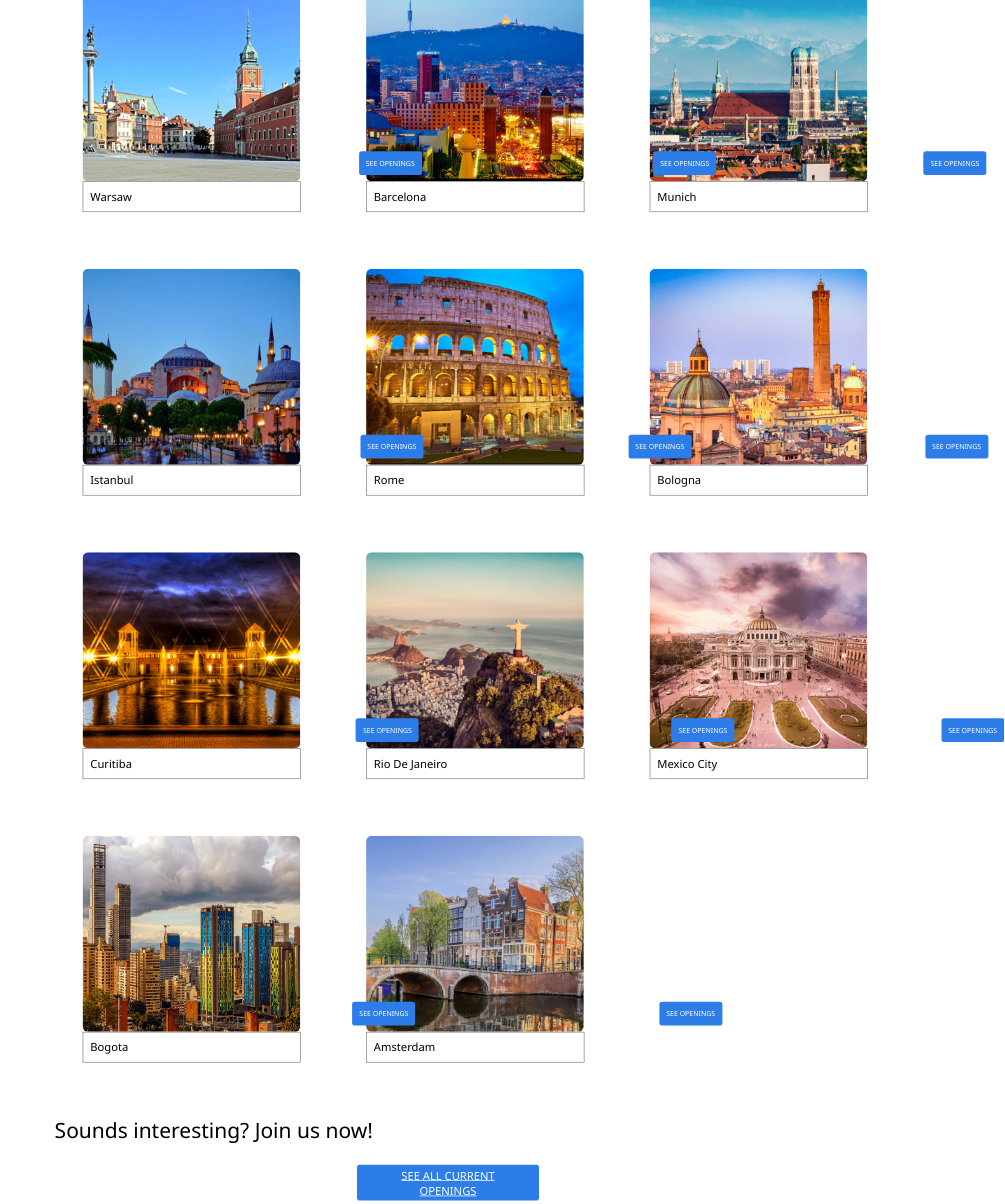
Repository: awa-creator/Checkpoint4
Page: doc.html
These files come from the project's save history. The page is drawn as it stood at one moment and after the next save; the edit follows.
The browser window is 1280 px wide. The page is 1435 px wide, then 1328 px, so the pictures cover 1435 px, including what lies to the right of the window. The pictures show the part of the page from y = 1820 to 3540 px (the page is 3621 px tall), at 70% of full size.

Above is the page before, as saved 2024-09-25 00:35:38.

### doc.html
<!DOCTYPE html>
<html lang="en">
<head>
    <meta charset="UTF-8">
    <meta name="viewport" content="width=device-width, initial-scale=1.0">
    <title>Document</title>
    <link rel="stylesheet" href="style1.css">

</head>

<body>
        <header class="Doc_header" >
           <img class="doc_logo" src="image/imagdocplanner/logo-default-group-en.svg" alt="logo" width="238px" height="33px">
            <ul class="nav_menu">
            <li><h4 class="H">A About us</h4></li>
        <li><h4 class="H"> Career</h4></li>
        <li><h4 class="H">Departments</h4></li>
    </ul>
</header>
    <section class="Introduction">
        <div >
            <center><img class="idps" src="image/imagdocplanner/sygnet.png" alt=""></center>
        </div>
               <h1 class="tittle_intro" >Making the healthcare experience more human</h1>
        <div class="intro_text">
        <div class="div1"><p>We want patients to find the perfect doctor and book an appointment in the most easy way. The patient journey should be enjoyable, and that's why we are always next to them: to help them find the best possible care. Anytime, anywhere.</p>
        </div>
            <div class="div2"><p> We also help doctors to better manage their practice and build their  online reputation. With our integrated end-to-end solution, doctors  are able not only to improve their online presence, but also to  devote their time to what really matters: their patients.</p>
            </div>
            </div>
        </section>
        <section class="box">
            <div class="boxp">
                <img src="image/imagdocplanner/icon-patients.svg" alt="">
                <h2 class="text">For patients</h2> <p class="boxtext">Find a doctor, book a <br> visit and solve any <br> health-related doubt</p>
             <div class="">
   <select  class="choose_c" name="selectp" id="">
    <option value="">Choose a country</option>
    <option value="">Tunisia</option>
    <option value="">Morocco</option>
    <option value="">Senegal</option>
    <option value="">England</option>
    <option value="">Sweden</option>
    <option value="">France</option>
    <option value="">Saudi Arabia</option>
    <option value="">Japan</option>
   </select>
             </div>
            </div>
            <div class="boxd">
                <img src="image/imagdocplanner/icon-doctors.svg" alt=""> <h2 class="text">For doctors</h2> <p class="boxtext">Save time managing <br>visits and cut no- <br>shows by half</p>
            <div class="selectd">
                <select class="choose_c" name="" id="">
                    <option class="choose_c" value="">Choose a country</option>
                    <option value="">Argentina</option>
                    <option value="">Brazil</option>
                    <option value="">Chili</option>
                    <option value="">Colombia</option>
                    <option value="">Czech</option>
                    <option value="">Germany</option>
                    <option value="">Italy</option>
                    <option value="">Mexico</option>
                    <option value="">Peru</option>
                    <option value="">Poland</option>
                    <option value="">Spain</option>
                    <option value="">Turkey</option>
                   </select>
            </div>
            </div>
            <div class="boxc">
                <img src="image/imagdocplanner/icon-clinics.svg" alt=""> <h2 class="text">For clinics</h2> <p class="boxtext">Deliver an exceptional <br> patient experience in <br> your clinic</p>
            <select class="choose_c"name="" id="">
                <option value="">2 to 20 specialists</option>
                    <option value="">Brazil</option>
                    <option value="">Czech</option>
                    <option value="">Germany</option>
                    <option value="">Italy</option>
                    <option value="">Mexico</option>
                    <option value="">Poland</option>
                    <option value="">Spain</option>
                    <option value="">Turkey</option>
            </select> <br><br>
            <select  class="choose_c"name="" id="">
                <option  value="" >More than 20 specialists</option>
                <option value="">Brazil</option>
                <option value="">Italy</option>
                <option value="">Mexico</option>
                <option value="">Poland</option>
                <option value="">Spain</option>
            </select>
            </div>
        </section>
        <section  on class="brand_section">
            <p class="brand_intro"> We are a global <br> company <br> with local culture </p>
            <ul class="brand_logo">
            <a href=""><img class="im" src="image/imagdocplanner/sygnet.png" alt="">Znanylekarz</a>
            <a href=""><img class="im" src="image/imagdocplanner/sygnet.png" alt="">Doctoralia</a>
            <a href=""><img class="im" src="image/imagdocplanner/sygnet.png" alt="">Miodottore</a>
            <a href=""><img class="im" src="image/imagdocplanner/sygnet.png" alt="">Doktortakvimi</a>
            <a href=""><img class="im" src="image/imagdocplanner/sygnet.png" alt="">Znamylekar</a>
            <a class="bl" href="https://www.jameda.de/"><img class="jameda" src="image/imagdocplanner/logo-jameda.svg" alt=""></a>
            <a href="https://tuotempo.com/powered-by-tuotempo"><img class="tuotempo" src="image/imagdocplanner/logo-tuotempo.svg" alt="" width="140px" height="30px"></a>
            <a href="https://gipo.it/?redirect_origin=www.gipo.it"><img class="gipo" src="image/imagdocplanner/logo-gipo-primary.svg" alt=""></a>
            <a href="href=https://clinic-cloud.com/"><img class="clinic" src="image/imagdocplanner/logo-clinicloud.svg" alt="" > </a>
            <a  href="href=https://feegowclinic.com.br/"><img class="feegowclinic"  src="image/imagdocplanner/logo-feegow.svg" alt=""></a>
            <a  href="href=https://mydr.pl/welcome/"><img class="mydr" src="image/imagdocplanner/my-dr-edm-logo.svg" alt="" ></a>
        </ul>
    </section>
        <section class="platform">
            <div class="plat">
            <h1 class="iplat"> The world's biggest <br>healthcare platform</h1>
<p class="pplat">We work from 9 offices all over the world, bringing Docplanner Group <br>to life in 13 countries. <br></p></div>
  <img class="logsynget" src="image/imagdocplanner/logo.png" alt="" >
<center><div class="grid">
                        <div class="column1a">
                   <img class="ilog" src="image/imagdocplanner/flag.png" alt="">  <h4 class="tittlegrid">Leader in 13 <br>countries </h4> <p class="textgrid">Poland, Brazil, Mexico, Spain, Italy, Germany, Turkey, Colombia, Czech Republic, Portugal, Argentina, Peru and Chile</p>
                        </div>
                        <div class="column1b">
                            <img class="ilog"  src="image/imagdocplanner/patients.png" alt=""><h4 class="tittlegrid">90,000,000 <br>patients</h4><p class="textgrid">visit our websites each month</p>
                                </div>
                        <div class="column2a">
                            <img class="ilog"  src="image/imagdocplanner/visits.png" alt=""> <h4 class="tittlegrid">22,000,000 <br>appointments</h4><p class="textgrid">booked last month</p>
                                </div>

                <div class="column2b">
                    <img class="ilog"  src="image/imagdocplanner/doctors.png" alt=""><h4 class="tittlegrid">260,000 <br>active doctors</h4> <p class="textgrid">trust our solutions</p>
                        </div>   </center>
                    </div>
                </section>
        <section class="contries">
            <center><h1 class="h1_contrie">Improve the lives of millions. <br>Change yours forever.</h1></center>
            <center><p class="p_contrie"> More than 2800 team mates share our same vision,<br> goals and passion.With offices in Warsaw, Barcelona, Munich, Istanbul, Rome, Rio, Bologna,<br> Mexico City and Curitiba, our search for great talent never stops. </p></center>
        </section>
       <section>
            <ul class="picture" >
     <li class="country1">
        <img class="coun" src="image/imagdocplanner/warsaw.png" alt=""><div class="count">Warsaw <a href="#">SEE OPENINGS</a></div></li>
<li class="country2">
<img class="coun"  src="image/imagdocplanner/barcelona.png" alt=""><div class="count">Barcelona <a href="#" target="_blank" rel="noopener noreferrer">SEE OPENINGS</a></div>
</li>
<li class="country3">
<img class="coun" src="image/imagdocplanner/munich.png" alt=""><div class="count">Munich <a href="#" target="_blank" rel="noopener noreferrer">SEE OPENINGS</a></div>
</li>
<li class="country3">
<img class="coun" src="image/imagdocplanner/istanbul.png" alt=""> <div class="count">Istanbul <a href="#" target="_blank" rel="noopener noreferrer">SEE OPENINGS</a></div>
</li>
<li class="country4">
<img class="coun" src="image/imagdocplanner/rome.png" alt=""><div class="count">Rome<a href="#" target="_blank" rel="noopener noreferrer">SEE OPENINGS</a></div>
</li>
<li class="country5">
<img class="coun" src="image/imagdocplanner/bologna.png" alt=""><div class="count">Bologna<a href="#" target="_blank" rel="noopener noreferrer">SEE OPENINGS</a></div>
</li>
<li class="country6">
    <img class="coun" src="image/imagdocplanner/curitiba.png" alt=""><div class="count">Curitiba<a href="#" target="_blank" rel="noopener noreferrer">SEE OPENINGS</a></div>
    </li>
    <li class="country7">
        <img class="coun" src="image/imagdocplanner/rio-janeiro.png" alt=""><div class="count">Rio De Janeiro<a href="#" target="_blank" rel="noopener noreferrer">SEE OPENINGS</a></div>
        </li>
        <li class="country8">
            <img class="coun" src="image/imagdocplanner/mexico-city.png" alt=""><div class="count">Mexico City<a href="#" target="_blank" rel="noopener noreferrer">SEE OPENINGS</a></div>
            </li>
            <li class="country9">
                <img class="coun" src="image/imagdocplanner/bogota.png" alt="" ><div class="count">Bogota<a href="#" target="_blank" rel="noopener noreferrer">SEE OPENINGS</a></div>
                </li>
                <li class="country10">
                    <img class="coun" src="image/imagdocplanner/amsterdam.png" alt=""><div class="count">Amsterdam<a href="#" target="_blank" rel="noopener noreferrer">SEE OPENINGS</a></div>
                    </li>
                </ul>
            </section>
<section>
    <p class="conclu"> Sounds interesting? Join us now!</p>
   <center><div class="finish">SEE ALL CURRENT OPENINGS</div></center>
</section>



</body>
<footer> <hr>
    <p class="end">We are leaders in 13 countries: Poland,Turkey, Spain, Italy, Germany, Czech Republic, Portugal, Mexico, Colombia, Brazil, Argentina, Peru and Chile
    <br>www.docplanner.com © 2024 </p>

</footer>
</html>

### style1.css
body{
    font-family: 'Segoe UI', Tahoma, Geneva, Verdana, sans-serif;
    padding-left: 70px;
    padding-right: 70px;

    }
.Doc_header{
    display: inline;
    padding: 10px;
    margin: 10px;
    display: flex;
    justify-content: space-between;
    align-content: space-between;
    position: sticky;
}
.doc_logo{
    display: flex;
    justify-content: center;
}
.nav_menu{
    display: flex;
    justify-content: space-between;
    margin:0px;
    padding: 0px;
    list-style-type: none;
    color: #747474;
}
.div1,.div2{
    float: left;
    padding: 10px;
}
.H{
    margin: 10px;
}
.idps{
    display: flex;
    align-self: center;
}

.log{
    text-align: center;
}

.tittle_intro{
text-align: center;
color:#00b39b;
font-size:2em;
font-family:Arial, Helvetica, sans-serif;
font-weight: normal;
}
.intro_text{
    display: flex;
    justify-content: space-around;
    color:#747474;
    font-family: system-ui, -apple-system, BlinkMacSystemFont, 'Segoe UI', Roboto, Oxygen, Ubuntu, Cantarell, 'Open Sans', 'Helvetica Neue', sans-serif;
    font-size: 16px;
    margin:20px;
}
.box{
    display: flex;
    margin: 30px;
    width: 80%;
    flex-direction: row;
    margin-left: 10%;

}

.boxp{
    background-color:#00ccb1;
   padding: 10px;
   border-radius: 10px;
   color: white;
   margin: 10px;
   height: 300px;
   flex-basis: 48%;
   width: 20%;
}
.boxd{
    background-color:#3d83df ;
   padding: 10px;
   border-radius: 10px;
   color: white;
   margin: 10px;
   height: 300px;
   flex-basis: 48%;
   width:20%;
}
.boxc {
    background-color:#1b2734;
    padding: 10px;
    border-radius: 10px;
    color: white;
    margin: 10px;
    height: 300px;
    flex-basis: 48%;
    width:20%;
}
.text{
    font-family: Arial, Helvetica, sans-serif;
    font-weight: normal;
    font-size: 28px;
}
.boxtext{
    font-weight: normal;
    font-size: 24px;
}
.selectp{
    background-color: none;
}
.choose_c{
    background-color: transparent;
    color: #FFF;
    border: transparent;
    text-decoration: underline;
    font-size: 15px;
}
.brand_intro{

    color: #00b39b;
    font-size: 24px;
margin-left: 200px;

}
.brand_section{
    display: flex;
    justify-content: space-between;
    padding: 20px;
    margin: -40px;
}
.brand_logo {
    display: grid;
    grid-template-columns: repeat(4,110px);
    grid-template-rows: repeat(3,70px);
    margin-right: 160px;
    font-weight: 600;
    filter:grayscale(100%);
}
a{
    text-decoration: none;
}
.im{
   display: grid;
    height: 25px;
    width:25px;
    filter:grayscale(100%);
   grid-template-columns: repeat(4, 1fr);
    grid-template-rows: repeat(3, 1fr);
    margin-left: -25px;
    margin-bottom: -25px;
}
.jameda{

    filter:grayscale(100%);
    margin-bottom: -5px;

}
.tuotempo{
    width: 100px;
    filter:grayscale(100%);
    margin-top: -5px;
}
.gipo{
    width: 40px;
    filter:grayscale(100%);
    margin-top: -10px;
    margin-left: 20px;
}
.clinic{
    width: 60px;
    filter:grayscale(100%);
    margin-top: -10px;
}
.feegowclinic{
    width: 90px;
    filter:grayscale(100%);
    margin-top: -10px;
}
.mydr{
    width: 100px;
    filter:grayscale(100%);
    margin-top: -10px;
}


.platform{
    background-color: #e5faf8;
    max-height: 600px;
    overflow: hidden;
}
.plat{
    color:#34b99d;

}
.logosy{
    padding-left: 50px;
    padding-top: 50px;
}
.logsynget{
    padding-left: 50px;
    padding-top: 50px;
    overflow: hidden;
}
.iplat{
    font-weight: normal;
    font-size: 34px;
    margin-left: 90px;
    margin-bottom: -40px;

}
.pplat{
   position: relative;
   bottom: -50px;
   left: 90px;
   color: #747474;
}
.grid{
    display: grid;
    gap: 20px;
    grid-template-columns: repeat(2, 1fr);
    position: relative;
    border-radius: 10px;
    margin-left: 600px;
    margin-top:-600px;
    width: 40%;
    height: 80%;
    padding: 40px;
}
.tittlegrid{
    font-weight: normal;
    color: #00b39b;
}
.column1a{
    background-color:#FFF;
    border-radius: 5px;
    height: auto;
}
.column1b{
    background-color:#FFF;
    border-radius: 5px;
    height: auto;
    transform: translateY(-30px);
}
.ilog{
    margin-top: 30px;
}
.column2a{
    background-color:#FFF;
    border-radius: 5px;
  height: auto;

}
.column2b{
    background-color:#FFF;
    border-radius: 5px;
  height: auto;
  transform: translateY(-30px);
}

.textgrid{
    color: #747474;
    font-family: system-ui, -apple-system, BlinkMacSystemFont, 'Segoe UI', Roboto, Oxygen, Ubuntu, Cantarell, 'Open Sans', 'Helvetica Neue', sans-serif;
 font-size: 13px;
}
.h1_contrie{
    color: #00b39b;
    font-weight: normal;
    padding: 5px;
 font-size: 30px;
}
.p_contrie{
    color: #747474;
    margin: 22px;
    font-size: 14px;
    padding: 20px;
}
.contries{
    justify-content: center;
}
.picture{
    display: grid;
    grid-template-columns: repeat(3, 400px);
    grid-template-rows: repeat(3, 400px);
    list-style-type: none;
    grid-gap: 5px;
    margin: auto;
}
.coun{
    border-radius: 8px;
    width: 311px;
    height:280px;
}

.count a{
    position: relative;
    width: 70px;
    height: 15px;
    left: 300px;
    top: -50px;
    background-color: #2c7de7;
    color: white;
    font-size: .625rem;
    padding: 1em 1.5em;
    border-radius: 4px;
    bottom: 10px;

}
.count,.count a{
    margin: 20px;
    padding: 10px;

}
.count{
    border: 1px solid gray;
    position: relative;
 top: -25px;
 right: 20px;
 margin: 20px;
 padding-left: -30px;
 width: 290px;

}
.conclu{
font-size: 30px ;
}
.finish{
   text-decoration: underline;
    width: 210px;
    height: 1px;
    background-color: #2c7de7;
    color: white;
    padding: 25px;
    border-radius: 4px;
    display: flex;
    align-items: center;
}
.end{
    color: #747474;
    text-align: center;
}

After the next save:
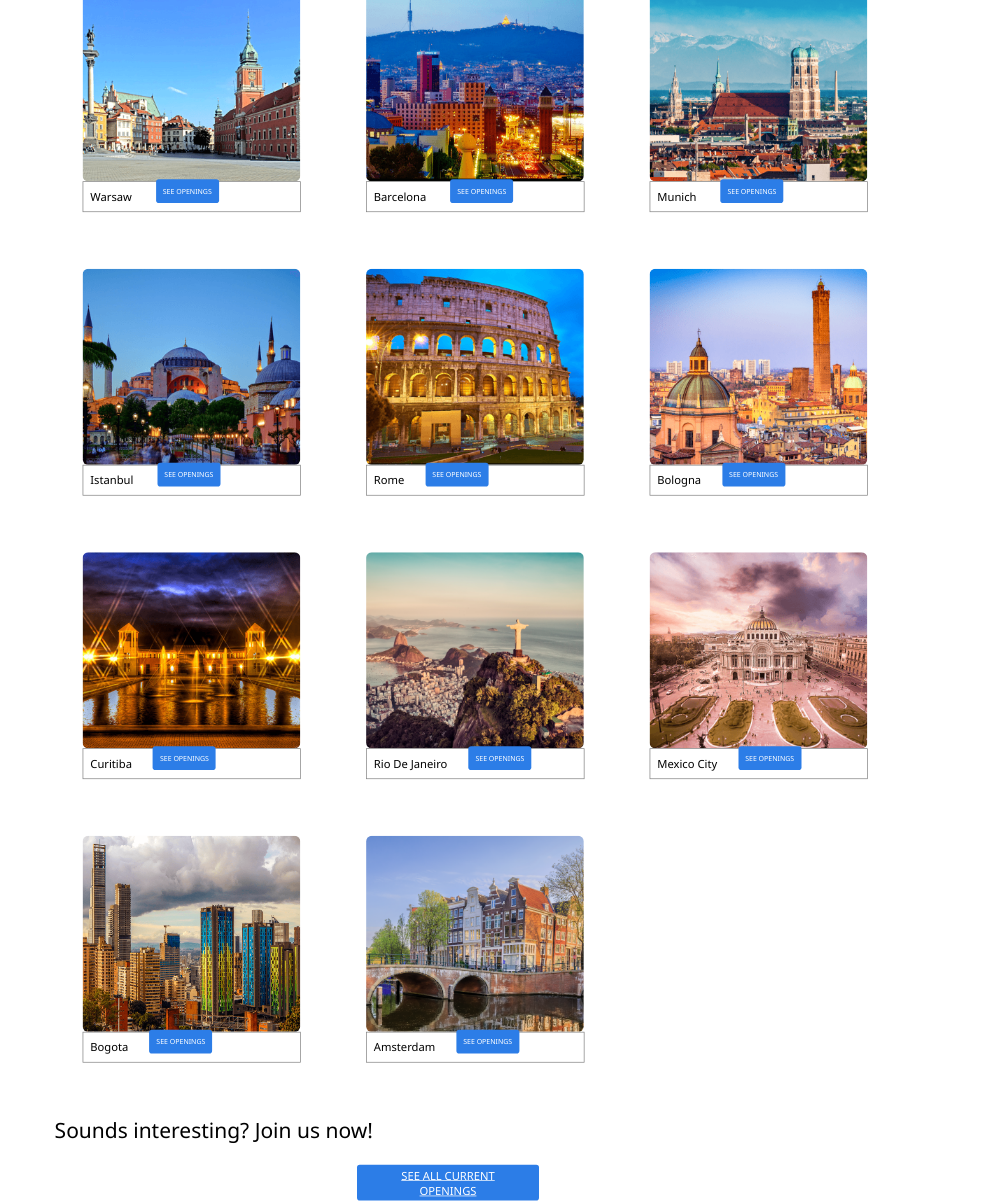
Saved 24 s later.
--- a/style1.css
+++ b/style1.css
@@ -294,8 +294,7 @@
     position: relative;
     width: 70px;
     height: 15px;
-    left: 300px;
-    top: -50px;
+    left: 10px;
     background-color: #2c7de7;
     color: white;
     font-size: .625rem;
